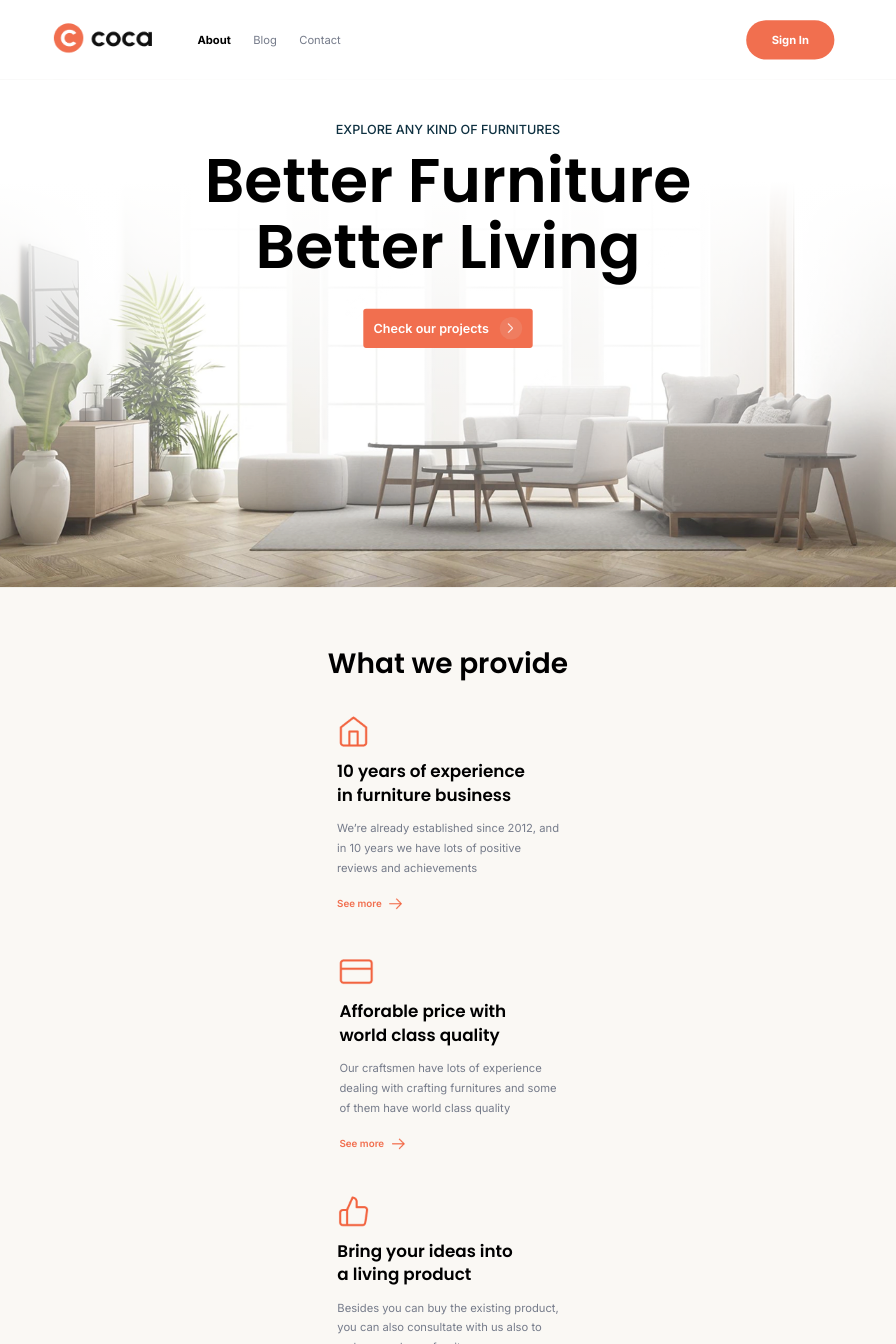
Repository: MatheusEich15/FrontEnd
Page: Prova 1 FrontEnd/Prova 1 FrontEnd/index.html
An editor plug-in stored every save of this project. The page is shown before and after the next save, followed by the edit.
The browser window is 1280 px wide. The pictures show the part of the page from y = 0 to 1920 px (the page is 5210 px tall), at 70% of full size.

Above is the page before, as saved 2026-03-13 11:04:31.

After the next save:
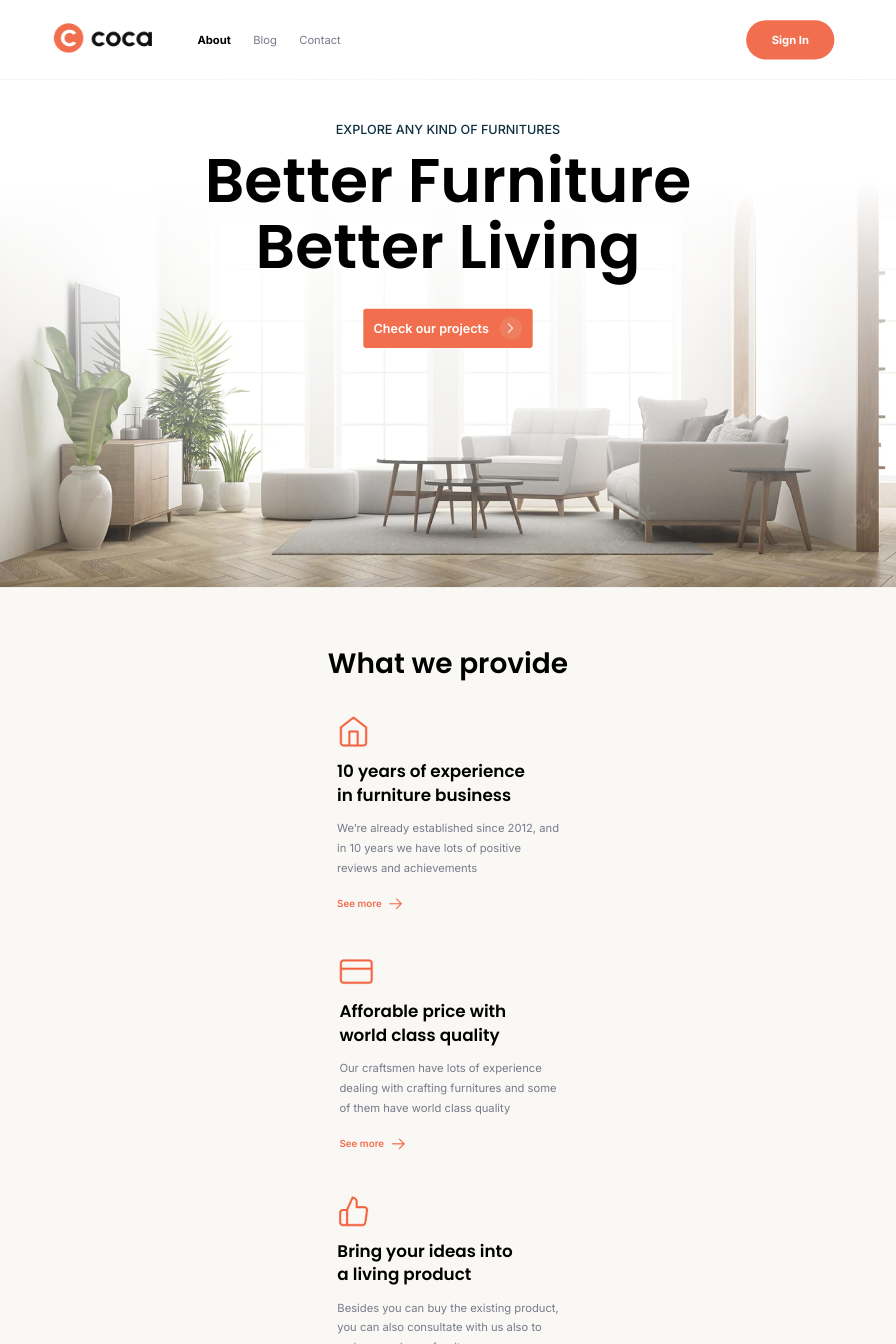
Saved 33 s later.
--- a/Prova 1 FrontEnd/Prova 1 FrontEnd/style.css
+++ b/Prova 1 FrontEnd/Prova 1 FrontEnd/style.css
@@ -665,7 +665,7 @@ footer {
     background: linear-gradient(to bottom, var(--white) 0%, var(--white) 20%, transparent 100%), url(./assets/images/Instroduction-images/Introduction\ Background\ Image.png);
     background-position: bottom;
     background-repeat: no-repeat;
-    background-size: auto cover;
+    background-size: cover;
     }
 
     #introduction-content {
